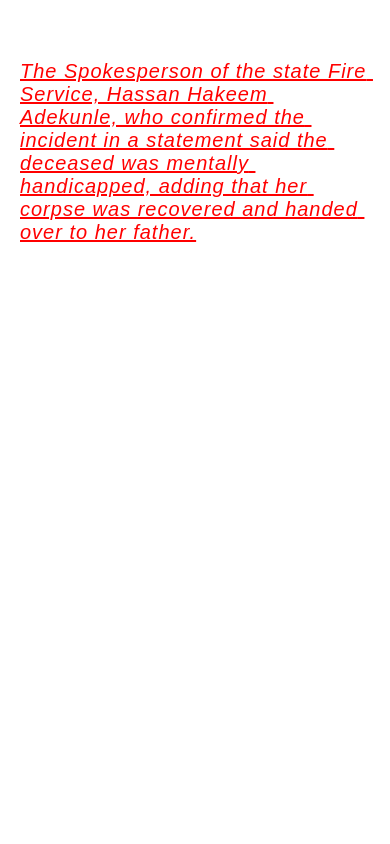
Repository: akinmiday/ReactNativeApp
Screen: /
The author's editor kept a copy of each file at every save. The screen is drawn from the files as they stood at one save, then again after the next save.
The app was drawn by React Native's web renderer in a window 390 px wide. The project was rebuilt for these pictures with package versions that can differ from the ones it lists, and the page was loaded fresh each time.

Above is the screen before, as saved 2023-08-06 16:00:14.

### App.js
import { View, Text } from "react-native";
import styles from "./styles";
import { useState } from "react";

export default function App() {
  const { container, text } = styles;

  return (
    <View style={container}>
      <Text style={text}>
        The Spokesperson of the state Fire Service, Hassan Hakeem Adekunle, who
        confirmed the incident in a statement said the deceased was mentally
        handicapped, adding that her corpse was recovered and handed over to her
        father.
      </Text>
    </View>
  );
}

### styles.js
import { StyleSheet } from "react-native";

const styles = StyleSheet.create({
  container: {
    marginTop: 40,
    padding: 20,
    backgroundColor: "#fff",
    flex: 1,
  },
  input: {
    backgroundColor: "pink",
    marginTop: 20,
    padding: 20,
    marginTop: 20,
    marginBottom: 20,
  },
  text: {
    color: "red",
    fontSize: 20,
    fontFamily: "Arial",
    fontStyle: "italic",
    fontWeight: "normal",
    letterSpacing: 1,
    textAlign: "auto",
    textDecorationLine: "underline",
  },
  button: {
    backgroundColor: "yellow",
    padding: 15,
    alignItems: "center",
    width: "50%",
    alignSelf: "center",
    borderWidth: 5,
    borderColor: "green",
    marginTop: 20,
  },
  item: {
    backgroundColor: "yellow",
    padding: 20,
    marginVertical: 5,
  },
  header: {
    fontSize: 15,
  },
  title: {
    fontSize: 10,
  },
});

export default styles;

After the next save:
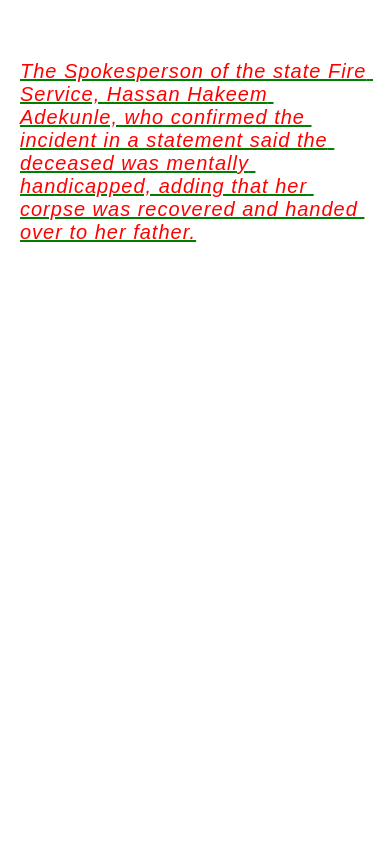
Saved 34 s later.
--- a/styles.js
+++ b/styles.js
@@ -23,6 +23,7 @@ const styles = StyleSheet.create({
     letterSpacing: 1,
     textAlign: "auto",
     textDecorationLine: "underline",
+    textDecorationColor: "green",
   },
   button: {
     backgroundColor: "yellow",
